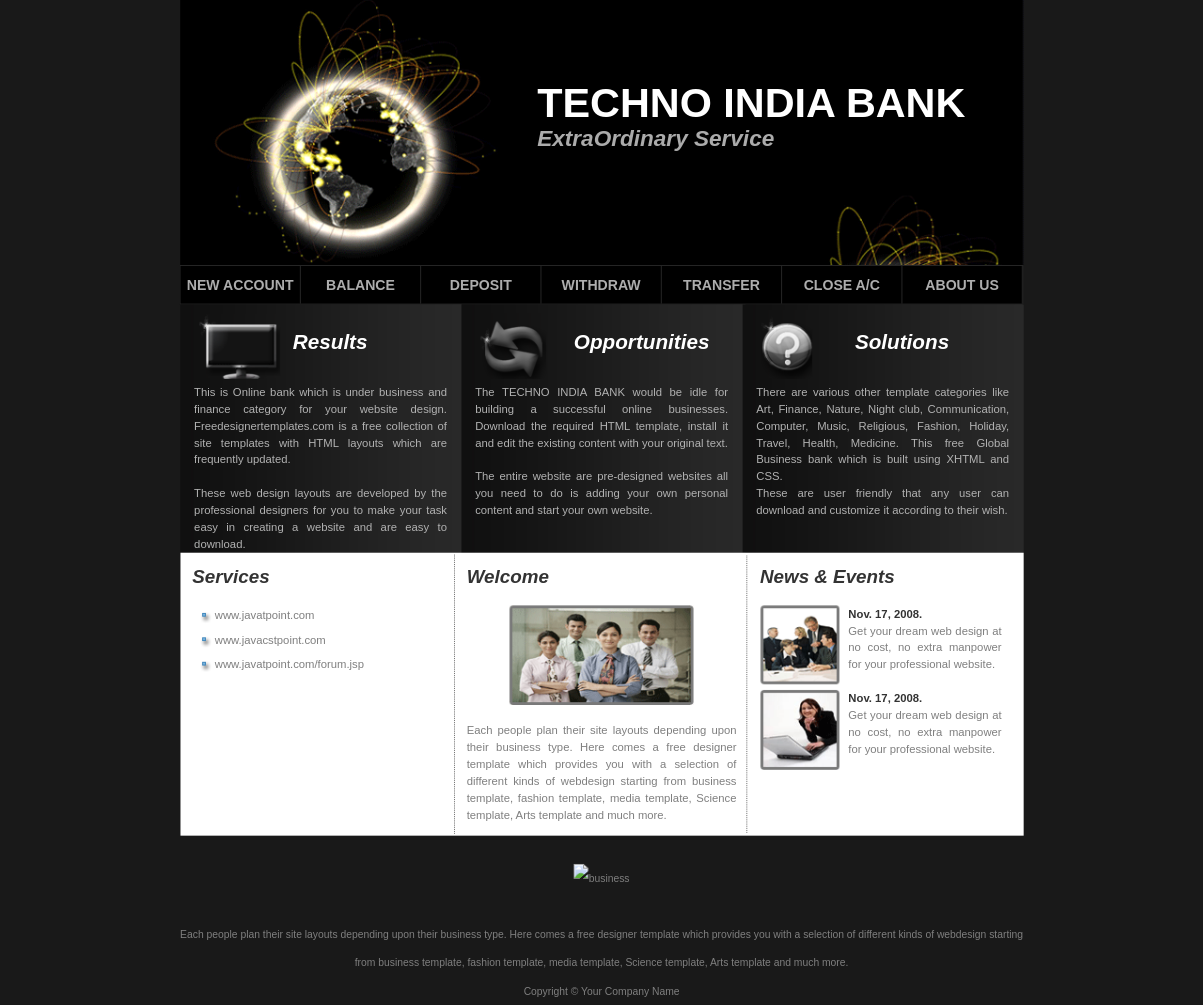
Repository: subhamsourabh265/collegeProjects
Page: OnlineBankingSystems/WebContent/index.html
An editor plug-in stored every save of this project. The page is shown before and after the next save, followed by the edit.
The browser window is 1280 px wide. The pictures show the whole page, at 94% of full size.

Above is the page before, as saved 2015-11-30 04:03:37.

After the next save:
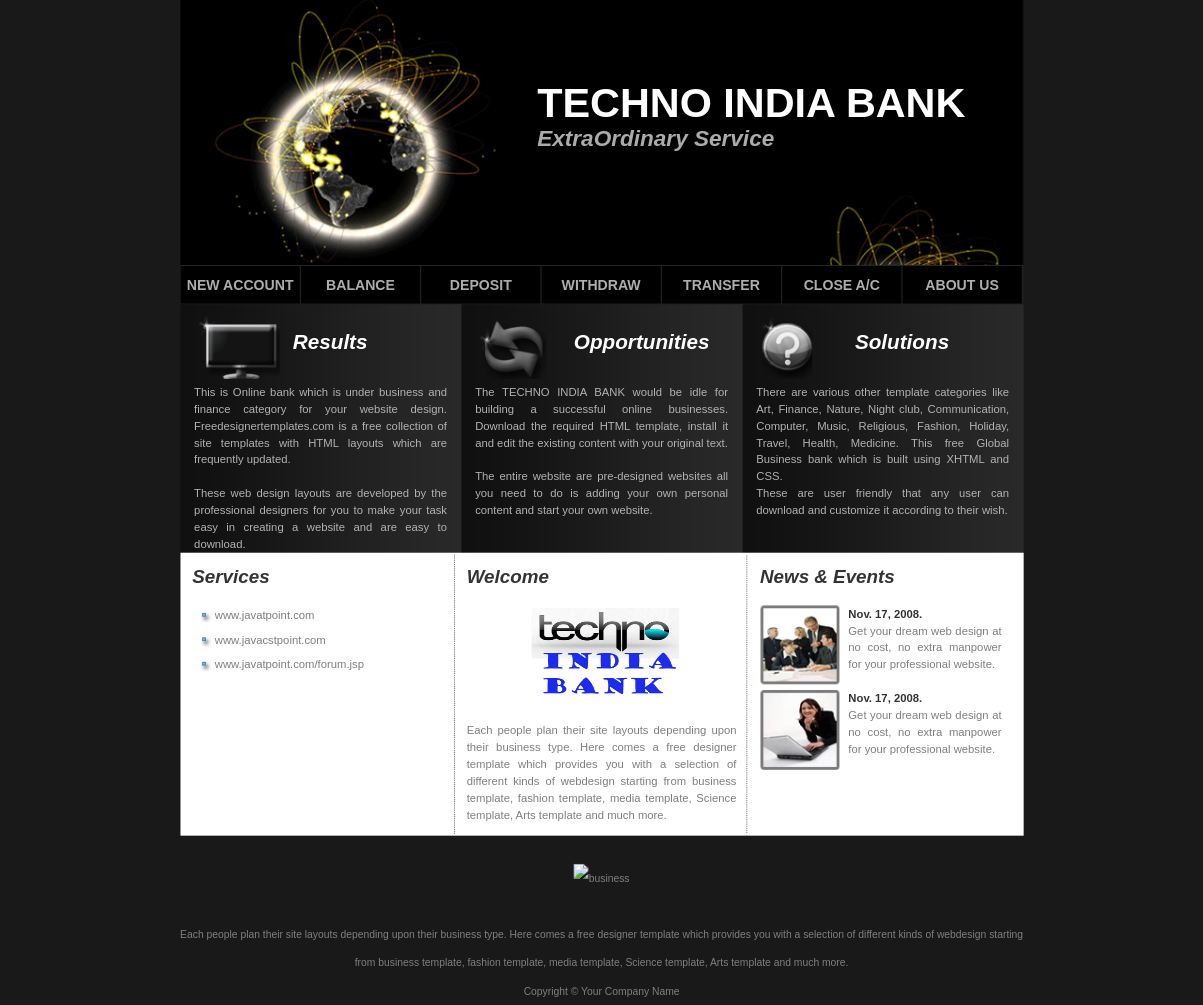
Saved 106 s later.
--- a/OnlineBankingSystems/WebContent/index.html
+++ b/OnlineBankingSystems/WebContent/index.html
@@ -79,7 +79,7 @@
 
     <td width="299" valign="top">
     	<div id="welcome" style="border-right:#666666 1px dotted;"><h1>Welcome</h1><br>
-    	    <center><img src="images/globe_10.gif" alt="business" width="196" height="106"></center><br>
+    	    <center><img src="images/techno.jpg" alt="business" width="196" height="106"></center><br>
 		    <p>Each people plan their site layouts depending upon their business type. Here comes a free designer template which provides you with a selection of different kinds of webdesign   starting from business template, fashion template, media template, Science template, Arts template and much more.</p>
 
 	    </div>
